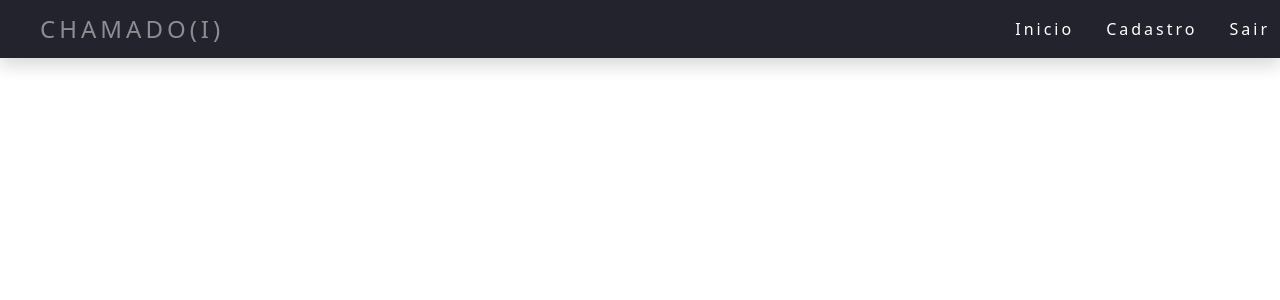
Repository: isaquemc2001/isaque-utilities
Page: index.html
An editor plug-in stored every save of this project. The page is shown before and after the next save, followed by the edit.
The browser window is 1280 px wide. The pictures show the whole page.

Above is the page before, as saved 2021-10-28 11:55:44.

After the next save:
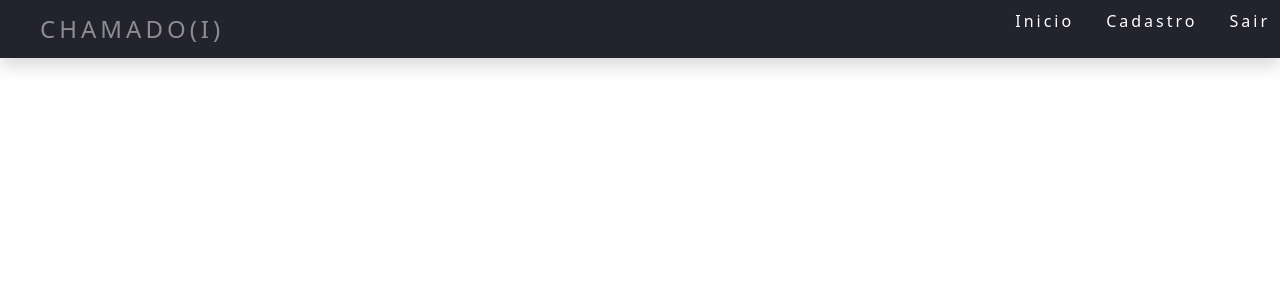
Saved 8 s later.
--- a/index.html
+++ b/index.html
@@ -27,7 +27,7 @@
             <ul class="nav-list">
                 <li><a href="#" class="mt-3 d-flex">Inicio</a></li>
                 <li><a href="#" class="mt-3 d-flex">Cadastro</a></li>
-                <li><a href="#" class="mt-3 d-flex">Sair</a></li>
+                <li><a href="#" class="mt-3 mb-3 d-flex">Sair</a></li>
             </ul>
         </nav>
     </header>

After the save that followed:
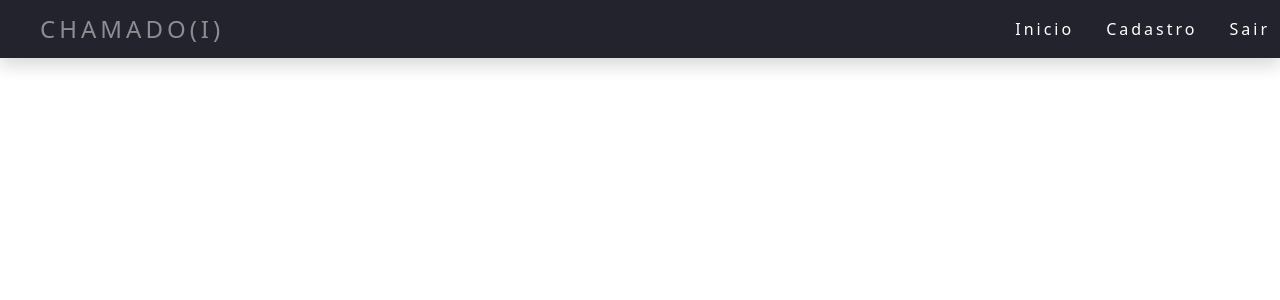
Saved 8 s later.
--- a/index.html
+++ b/index.html
@@ -27,7 +27,7 @@
             <ul class="nav-list">
                 <li><a href="#" class="mt-3 d-flex">Inicio</a></li>
                 <li><a href="#" class="mt-3 d-flex">Cadastro</a></li>
-                <li><a href="#" class="mt-3 mb-3 d-flex">Sair</a></li>
+                <li><a href="#" class="mt-3 mr-3 d-flex">Sair</a></li>
             </ul>
         </nav>
     </header>
